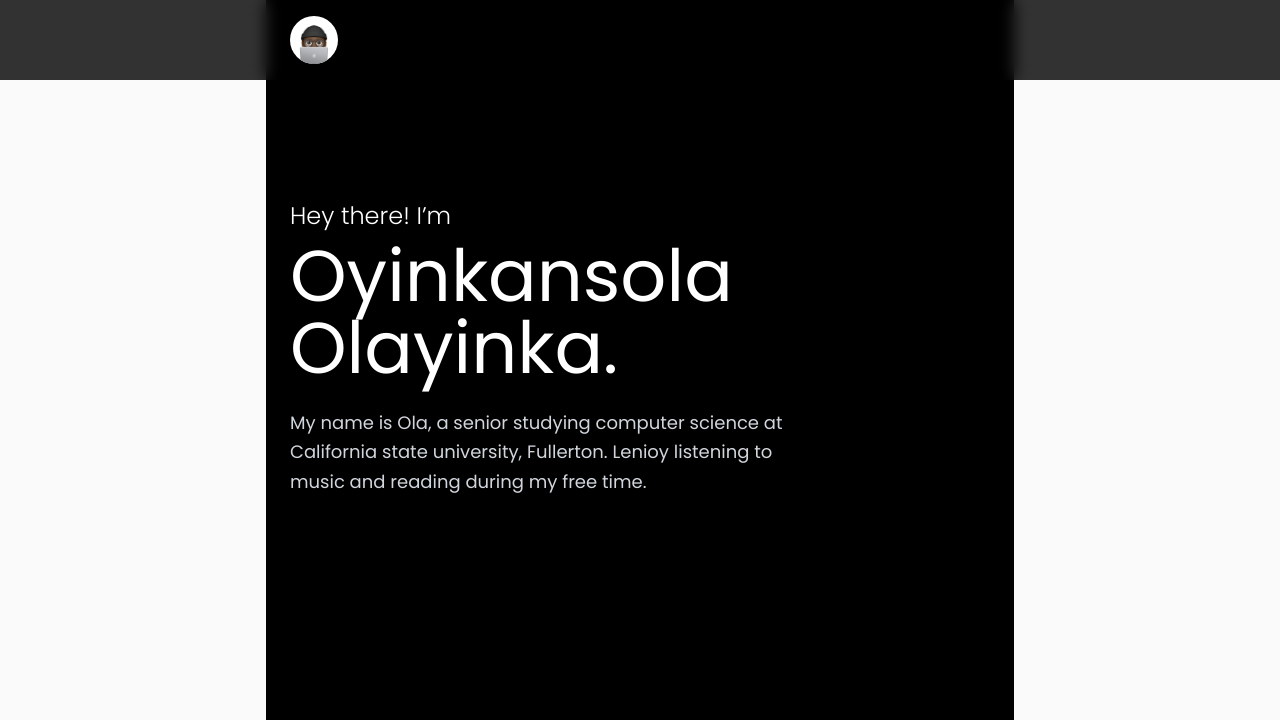
Repository: olasores/olasores-portfolio
Page: /
These files come from the project's save history. The page is drawn as it stood at one moment and after the next save; the edit follows.
The browser window is 1280 px wide. The pictures show the whole page.
The project was rebuilt for these pictures with package versions that can differ from the ones it lists, and the page was loaded fresh each time. The framework's server and built-in components were replaced by stand-ins that run in the browser. Also part of the build but not shown: next.config.ts.

Above is the page before, as saved 2025-11-11 12:50:47.

After the next save:
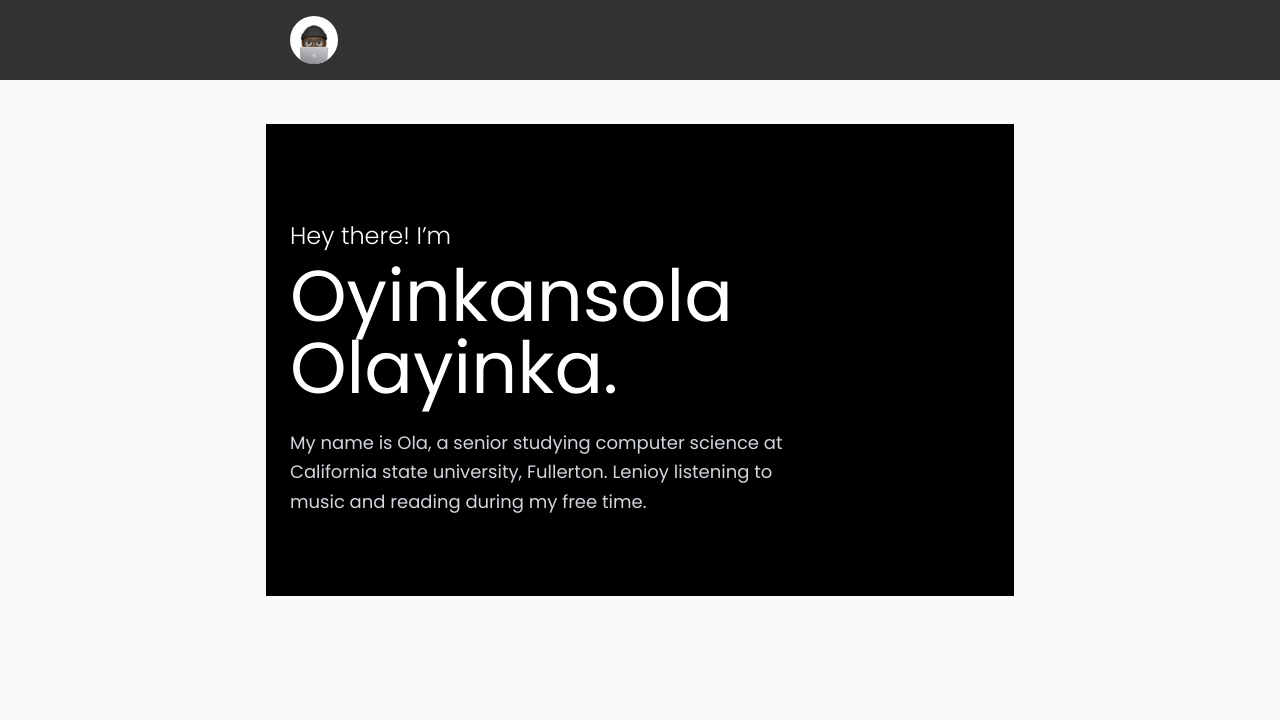
Saved 10 s later.
--- a/app/components/HomeSection.tsx
+++ b/app/components/HomeSection.tsx
@@ -2,7 +2,7 @@
 
 export default function HomeSection() {
     return (
-        <div className="flex min-h-screen justify-center bg-black font-sans dark:bg-black px-6 py-5 pt-50">
+        <div className="flex justify-center bg-black font-sans dark:bg-black px-6 py-20 pt-24">
             <div className="max-w-[700px] w-full flex flex-col gap-12">
                 {/* Text content */}
                 <div className="flex flex-col gap-6 items-center md:items-start">

After the save that followed:
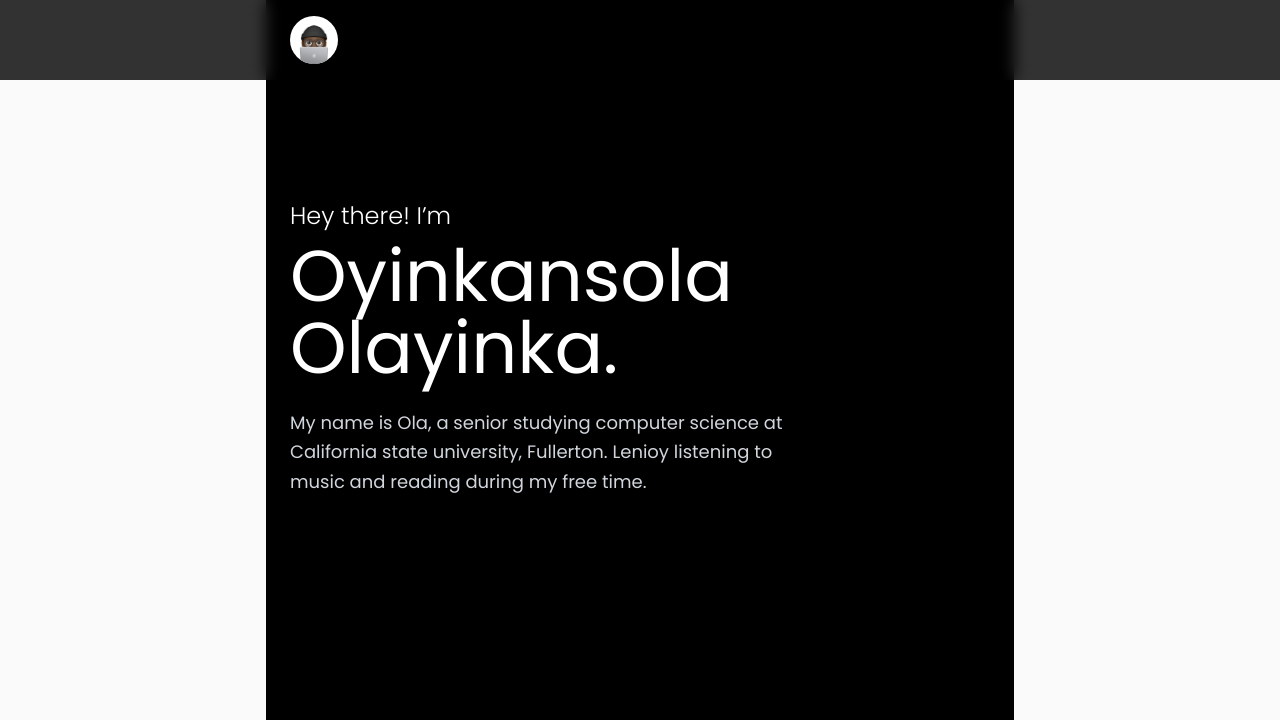
Saved 13 s later.
--- a/app/components/HomeSection.tsx
+++ b/app/components/HomeSection.tsx
@@ -2,7 +2,7 @@
 
 export default function HomeSection() {
     return (
-        <div className="flex justify-center bg-black font-sans dark:bg-black px-6 py-20 pt-24">
+        <div className="flex min-h-screen justify-center bg-black font-sans dark:bg-black px-6 py-5 pt-50">
             <div className="max-w-[700px] w-full flex flex-col gap-12">
                 {/* Text content */}
                 <div className="flex flex-col gap-6 items-center md:items-start">
